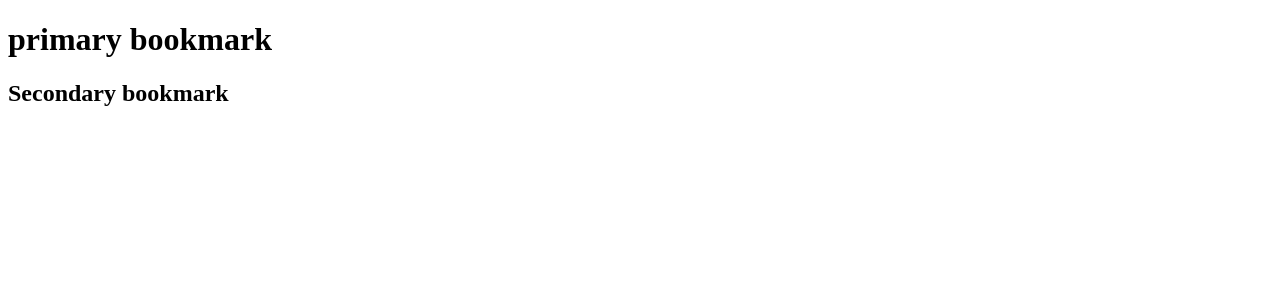
Repository: Mohan2347/Project-2
Page: 3.html
The author's editor kept a copy of each file at every save. The page is drawn from the files as they stood at one save, then again after the next save.
The browser window is 1280 px wide. The pictures show the whole page.

Above is the page before, as saved 2024-11-02 23:05:12.

After the next save:
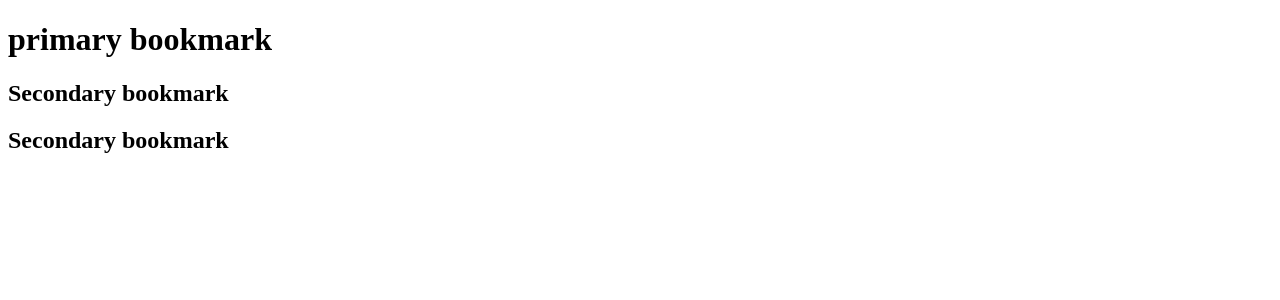
Saved 17 s later.
--- a/3.html
+++ b/3.html
@@ -9,5 +9,6 @@
     <h1>primary bookmark</h1>
     <h2>Secondary bookmark</h2>
     <a target="_blank" href="https://www.google.com"></a>
+    <h2>Secondary bookmark</h2>
 </body>
 </html>
